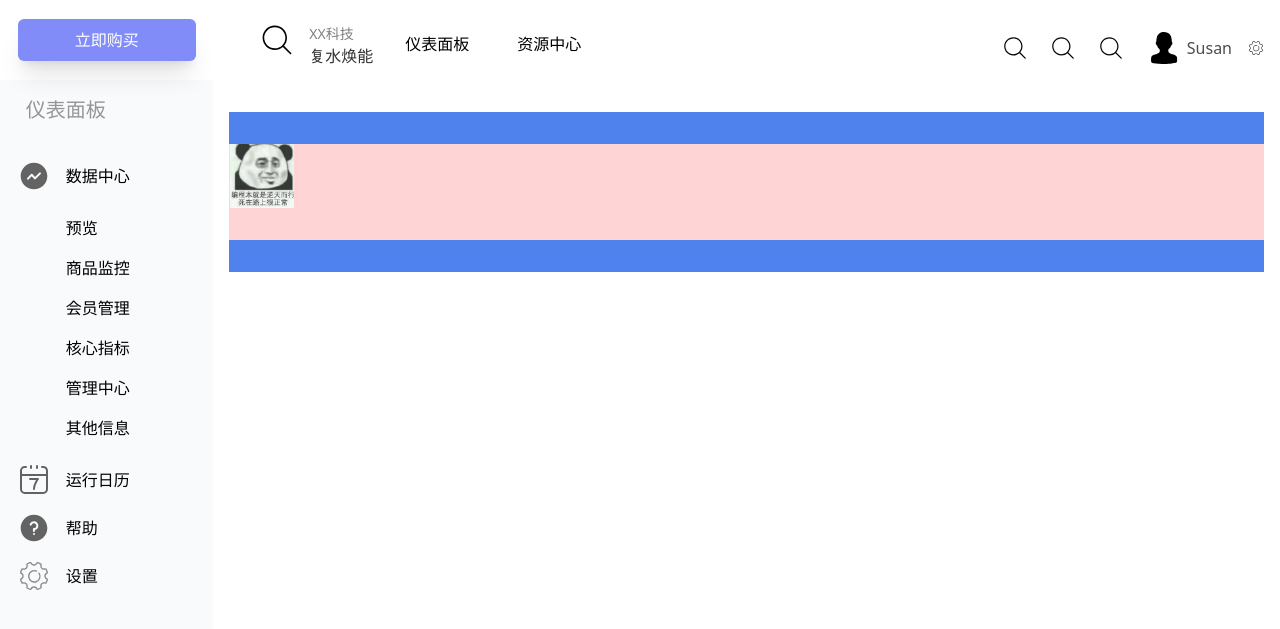
Repository: LiuRuohui/useWater
Page: /
The author's editor kept a copy of each file at every save. The page is drawn from the files as they stood at one save, then again after the next save.
The browser window is 1280 px wide. The pictures show the whole page.
The project was rebuilt for these pictures with package versions that can differ from the ones it lists, and the page was loaded fresh each time. Also part of the build but not shown: vite.config.js.

Above is the page before, as saved 2022-04-06 23:10:40.

After the next save:
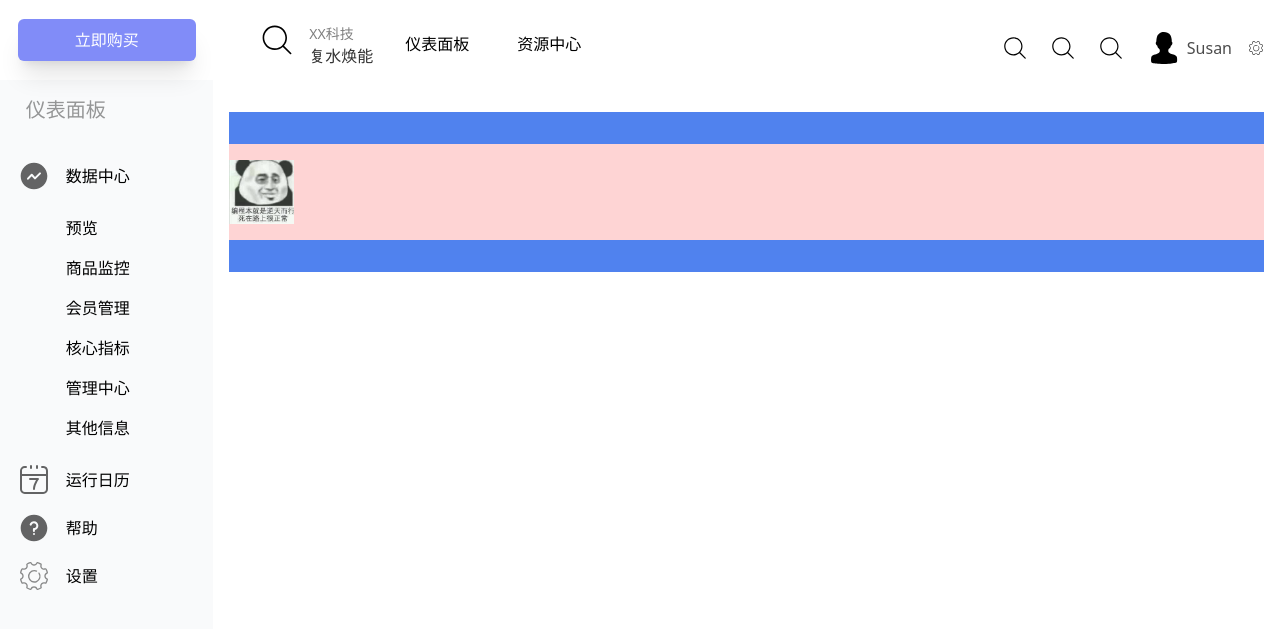
Saved 4 s later.
--- a/src/components/HelloWorld.vue
+++ b/src/components/HelloWorld.vue
@@ -64,7 +64,7 @@
       </div>
       <div class="m-4 bg-blue-600 h-40 opacity-80">
           <div class="flex flex-row h-24 bg-red-200 my-8">
-              <img src="../assets/测试图片.jpg" alt="" class="h-16 myauto">
+              <img src="../assets/测试图片.jpg" alt="" class="h-16 my-auto">
               <div class="">
 
               </div>
